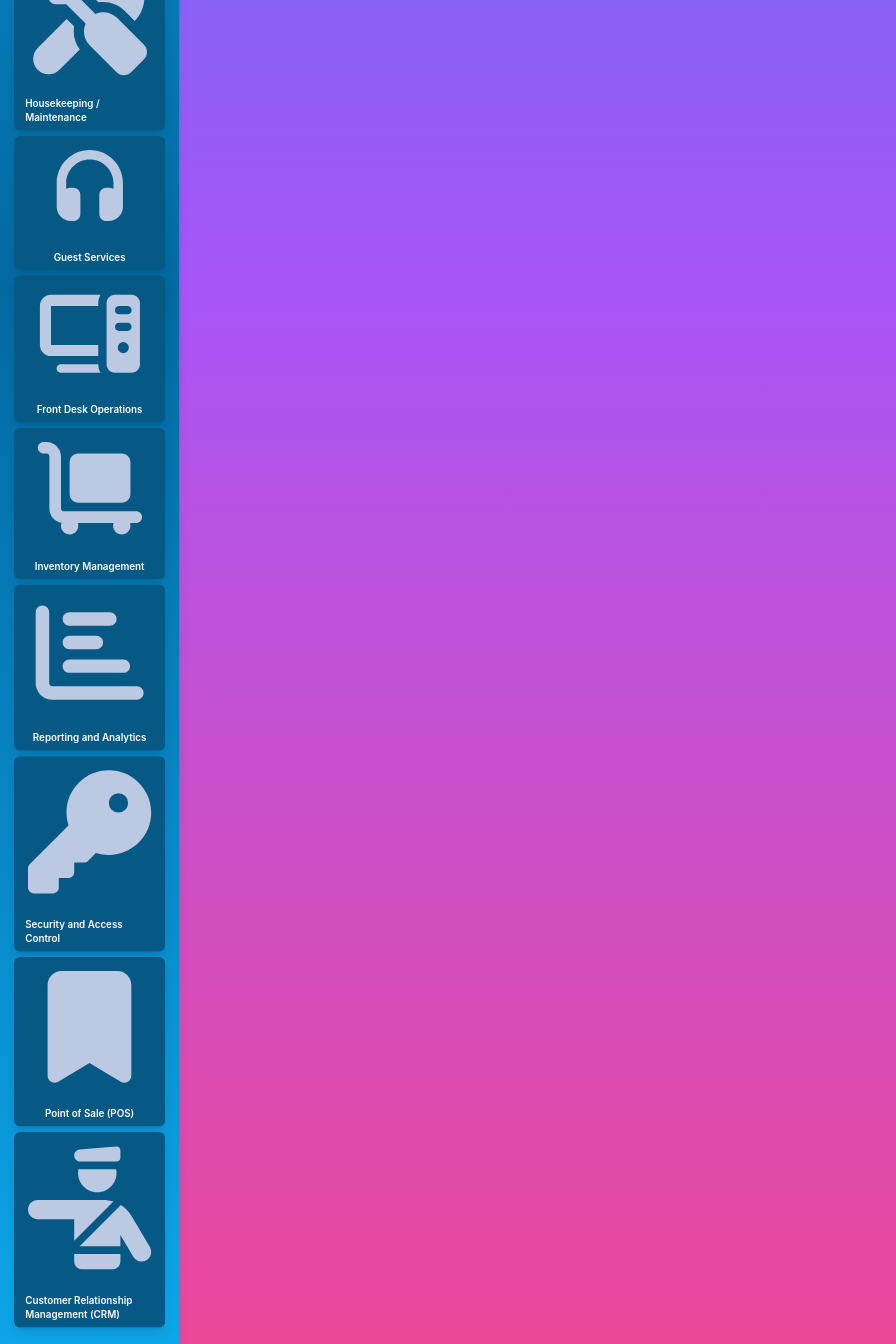
Repository: musabismael/Hotel
Page: /room_management
An editor plug-in stored every save of this project. The page is shown before and after the next save, followed by the edit.
The browser window is 1280 px wide. The pictures show the part of the page from y = 1096 to 3016 px (the page is 3016 px tall), at 70% of full size.
The project was rebuilt for these pictures with package versions that can differ from the ones it lists, and the page was loaded fresh each time. Also part of the build but not shown: vite.config.js, src/App.css, src/pages/ReservationManagement.jsx, src/pages/GuestCheckInOut.jsx, src/pages/BillingPayment.jsx, src/pages/HousekeepingMaintenance.jsx, src/pages/GuestServices.jsx, src/pages/FrontDeskOperations.jsx and 5 more.

Above is the page before, as saved 2023-10-01 19:13:07.

### index.html
<!doctype html>
<html lang="en">
  <head>
    <meta charset="UTF-8" />
    <link rel="icon" type="image/svg+xml" href="/vite.svg" />
    <meta name="viewport" content="width=device-width, initial-scale=1.0" />
    <title>Hotel</title>
  </head>
  <body>
    <div id="root"></div>
    <script type="module" src="/src/main.jsx"></script>
  </body>
</html>

### src/App.jsx
import "./App.css";
import { createBrowserRouter } from "react-router-dom";
import { RouterProvider } from "react-router";
import LandingPageLayout from "./layouts/LandingPageLayout";
import ReservationManagement from "./pages/ReservationManagement";
import GuestCheckInOut from "./pages/GuestCheckInOut";
import RoomManagement from "./pages/RoomManagement";
import BillingPayment from "./pages/BillingPayment";
import HousekeepingMaintenance from "./pages/HousekeepingMaintenance";
import GuestServices from "./pages/GuestServices";
import FrontDeskOperations from "./pages/FrontDeskOperations";
import InventoryManagement from "./pages/InventoryManagement";
import ReportingAnalytics from "./pages/ReportingAnalytics";
import SecurityAccessControl from "./pages/SecurityAccessControl";
import PointOfSale from "./pages/PointOfSale";
import CRM from "./pages/CRM"; // Import the CRM component
const router = createBrowserRouter([
  {
    path: "/",
    element: <LandingPageLayout />,
    children: [
      {
        path: "/reservation_management",
        element: <ReservationManagement />,
      },
      {
        path: "/guestCheckInOut",
        element: <GuestCheckInOut />,
      },
      {
        path: "/billing_and_payment",
        element: <BillingPayment />,
      },
      {
        path: "/room_management",
        element: <RoomManagement />,
      },
      {
        path: "/housekeeping_maintenance",
        element: <HousekeepingMaintenance />,
      },
      {
        path: "/guest_services",
        element: <GuestServices />,
      }, {
        path: "/desk_operations",
        element: <FrontDeskOperations />,
      }, {
        path: "/security_control",
        element: <SecurityAccessControl />,
      },
      {
        path: "/reporting_and_analytics",
        element: <ReportingAnalytics />,
      }, {
        path: "/inventory_management",
        element: <InventoryManagement />,
      },
      {
        path: "/pos",
        element: <PointOfSale />,
      },
      {
        path: "/crm",
        element: <CRM />,
      },
    ],
  },
]);

const App = () => <RouterProvider router={router} />;
export default App;

### src/index.css
@tailwind base;
@tailwind components;
@tailwind utilities;

:root {
  font-family: Inter, system-ui, Avenir, Helvetica, Arial, sans-serif;
  line-height: 1.5;
  font-weight: 400;
  background-image: url("cover.jpeg"), url("cover.jpeg");
  background-color:#397398;

  font-synthesis: none;
  text-rendering: optimizeLegibility;
  -webkit-font-smoothing: antialiased;
  -moz-osx-font-smoothing: grayscale;
  -webkit-text-size-adjust: 100%;
}

### src/layouts/LandingPageLayout.jsx
import { Outlet } from "react-router";
import Header from "../component/Header";
import Sidebar from "../component/Sidebar";
const LandingPageLayout = () => {
  return (
    <div className="flex bg-gradient-to-b from-blue-500 via-purple-500 to-pink-500">
      <Sidebar />

      <div className="flex-1">
        <Header />
        <main className="p-4">
          <Outlet />
        </main>
      </div>
    </div>
  );
};

export default LandingPageLayout;

### src/pages/RoomManagement.jsx
import React, { useState } from 'react';

const RoomManagement = () => {
  const [roomTypes, setRoomTypes] = useState([
    { id: 1, name: 'Standard Room', rate: 100, available: 10 },
    { id: 2, name: 'Deluxe Room', rate: 150, available: 5 },
    { id: 3, name: 'Suite', rate: 250, available: 2 },
  ]);

  const [selectedRoomType, setSelectedRoomType] = useState(null);
  const [newRoomType, setNewRoomType] = useState({ name: '', rate: '', available: '' });
  const [isEditing, setIsEditing] = useState(false);

  const handleRoomTypeClick = (roomType) => {
    setSelectedRoomType(roomType);
    setIsEditing(false);
  };

  const handleAddRoomType = () => {
    // Add a new room type to the list
    setRoomTypes([...roomTypes, newRoomType]);
    // Clear the input fields
    setNewRoomType({ name: '', rate: '', available: '' });
  };

  const handleDeleteRoomType = () => {
    // Remove the selected room type from the list
    if (selectedRoomType) {
      const updatedRoomTypes = roomTypes.filter((room) => room.id !== selectedRoomType.id);
      setRoomTypes(updatedRoomTypes);
      setSelectedRoomType(null);
    }
  };

  const handleEditRoomType = () => {
    setIsEditing(true);
  };

  const handleUpdateRoomType = () => {
    // Update the selected room type with new data
    if (selectedRoomType) {
      const updatedRoomTypes = roomTypes.map((room) =>
        room.id === selectedRoomType.id ? { ...room, ...newRoomType } : room
      );
      setRoomTypes(updatedRoomTypes);
      setSelectedRoomType(null);
      setIsEditing(false);
    }
  };

  return (
    <div className="container mx-auto p-4">
      <div className="my-4 p-4 border rounded-lg">
        <h2 className="text-lg text-white font-semibold mb-4">Room Management</h2>
        <div className="grid grid-cols-2 gap-4">
          <div>
            <h3 className="text-lg text-white font-semibold mb-2">Room Types</h3>
            <ul className="space-y-2">
              {roomTypes.map((roomType) => (
                <li
                  key={roomType.id}
                  className={`cursor-pointer ${
                    selectedRoomType && selectedRoomType.id === roomType.id
                      ? 'bg-blue-200'
                      : 'hover:bg-gray-100'
                  } p-2 rounded-lg`}
                  onClick={() => handleRoomTypeClick(roomType)}
                >
                  <span className="text-gray-800 font-semibold">{roomType.name}</span> -{' '}
                  <span className="text-gray-600">Rate: ${roomType.rate}</span> (
                  <span className="text-gray-600">Available: {roomType.available}</span>)
                </li>
              ))}
            </ul>
          </div>
          <div>
            {selectedRoomType && (
              <>
                <h3 className="text-lg text-white font-semibold mb-2">
                  {isEditing ? 'Edit Room Type' : 'Selected Room Type'}
                </h3>
                <div className="mb-2">
                  <input
                    type="text"
                    placeholder="Room Type Name"
                    className="w-full border rounded-md py-2 px-3"
                    value={isEditing ? newRoomType.name : selectedRoomType.name}
                    onChange={(e) => setNewRoomType({ ...newRoomType, name: e.target.value })}
                    readOnly={!isEditing}
                  />
                </div>
                <div className="mb-2">
                  <input
                    type="number"
                    placeholder="Rate"
                    className="w-full border rounded-md py-2 px-3"
                    value={isEditing ? newRoomType.rate : selectedRoomType.rate}
                    onChange={(e) => setNewRoomType({ ...newRoomType, rate: e.target.value })}
                    readOnly={!isEditing}
                  />
                </div>
                <div className="mb-2">
                  <input
                    type="number"
                    placeholder="Available Rooms"
                    className="w-full border rounded-md py-2 px-3"
                    value={isEditing ? newRoomType.available : selectedRoomType.available}
                    onChange={(e) =>
                      setNewRoomType({ ...newRoomType, available: e.target.value })
                    }
                    readOnly={!isEditing}
                  />
                </div>
                {isEditing ? (
                  <button
                    type="button"
                    className="bg-green-500 text-white py-2 px-4 rounded-md"
                    onClick={handleUpdateRoomType}
                  >
                    Update Room Type
                  </button>
                ) : (
                  <>
                    <button
                      type="button"
                      className="bg-red-500 text-white py-2 px-4 rounded-md"
                      onClick={handleDeleteRoomType}
                    >
                      Delete Room Type
                    </button>
                    <button
                      type="button"
                      className="bg-blue-500 text-white py-2 px-4 rounded-md ml-2"
                      onClick={handleEditRoomType}
                    >
                      Edit Room Type
                    </button>
                  </>
                )}
              </>
            )}
            <h3 className="text-lg text-white font-semibold mt-4 mb-2">Add New Room Type</h3>
            <div className="mb-2">
              <input
                type="text"
                placeholder="Room Type Name"
                className="w-full border rounded-md py-2 px-3"
                value={newRoomType.name}
                onChange={(e) => setNewRoomType({ ...newRoomType, name: e.target.value })}
              />
            </div>
            <div className="mb-2">
              <input
                type="number"
                placeholder="Rate"
                className="w-full border rounded-md py-2 px-3"
                value={newRoomType.rate}
                onChange={(e) => setNewRoomType({ ...newRoomType, rate: e.target.value })}
              />
            </div>
            <div className="mb-2">
              <input
                type="number"
                placeholder="Available Rooms"
                className="w-full border rounded-md py-2 px-3"
                value={newRoomType.available}
                onChange={(e) => setNewRoomType({ ...newRoomType, available: e.target.value })}
              />
            </div>
            <button
              type="button"
              className="bg-green-500 text-white py-2 px-4 rounded-md"
              onClick={handleAddRoomType}
            >
              Add Room Type
            </button>
          </div>
        </div>
      </div>
    </div>
  );
};

export default RoomManagement;

### src/component/Header.jsx
import { FontAwesomeIcon } from "@fortawesome/react-fontawesome";
import { faBars, faBell, faSearch } from "@fortawesome/free-solid-svg-icons";

function Header() {
  return (
    <header className="bg-white shadow-md p-4 flex justify-between items-center sticky top-0 w-full  ">
      <div className="flex items-center">
        <FontAwesomeIcon
          icon={faBars}
          className="text-black mr-4 text-lg color"
        />
        <h1 className="text-2xl font-bold text-black">Hotel</h1>
      </div>
      <div className="flex items-center">
        <FontAwesomeIcon icon={faSearch} className="text-black text-lg mr-4" />
        <FontAwesomeIcon icon={faBell} className="text-black text-lg mr-4" />

        {/* Add other icons or elements on the right side here */}
      </div>
    </header>
  );
}

export default Header;

### src/component/Sidebar.jsx
import Card from "./Card";
import {
  faPersonShelter,
  faListCheck,
  faCheck,
  faMoneyBill,
  faScrewdriverWrench,
  faHeadphones,
  faComputer,
  faCartFlatbed,
  faPersonMilitaryPointing,
  faChartBar,
  faKey,
  faBookmark,
} from "@fortawesome/free-solid-svg-icons";

const Sidebar = () => {
  const cardData = [
    {
      id: 1,
      title: "Reservation Management",
      description:
        "Online booking, availability calendar, and booking modification.",
      icon: faListCheck,
      link: "/reservation_management",
    },
    {
      id: 2,
      title: "Guest Check-In and Check-Out",
      description: "Guest registration, check-out, and key card issuance.",
      icon: faCheck,
      link: "/GuestCheckInOut",
    },
    {
      id: 3,
      title: "Room Management",
      description: "Room assignment, status updates, and inventory tracking.",
      icon: faPersonShelter,
      link: "/room_Management",
    },
    {
      id: 4,
      title: "Billing and Payment",
      description: "Invoicing, payment processing, and split billing.",
      icon: faMoneyBill,
      link: "/billing_and_payment",
    },
    {
      id: 5,
      title: "Housekeeping / Maintenance",
      description:
        "Housekeeping schedule, maintenance requests, and inventory management.",
      icon: faScrewdriverWrench,
      link: "/housekeeping_maintenance",
    },
    {
      id: 6,
      title: "Guest Services",
      description:
        "Concierge services, room service, wake-up calls, and laundry services.",
      icon: faHeadphones,
      link: "/guest_services",
    },
    {
      id: 7,
      title: "Front Desk Operations",
      description: "Guest inquiries, check-in/out, and guest profile access.",
      icon: faComputer,
      link: "/desk_operations",
    },
    {
      id: 8,
      title: "Inventory Management",
      description: "Managing hotel supplies and amenities.",
      icon: faCartFlatbed,
      link: "/inventory_management",
    },
    {
      id: 9,
      title: "Reporting and Analytics",
      description: "Generate reports on occupancy, revenue, and key metrics.",
      icon: faChartBar,
      link: "/reporting_and_analytics",
    },

    {
      id: 10,
      title: "Security and Access Control",
      description: "Surveillance camera integration and access control.",
      icon: faKey,
      link: "/security_control",
    },
    {
      id: 11,
      title: "Point of Sale (POS)",
      description:
        "Integration with on-site restaurants, bars, and gift shops.",
      icon: faBookmark,
      link: "/pos",
    },

    {
      id: 12,
      title: "Customer Relationship Management (CRM)",
      description: "Guest profiles, preferences, and loyalty programs.",
      icon: faPersonMilitaryPointing,
      link: "/crm",
    },

    // Add more service/feature objects here
  ];

  const handleCardClick = (id) => {
    console.log(`Card with ID ${id} clicked`);
  };
  return (
    <aside className="p-4 w-1/5 min-h-screen overflow-y-auto bg-gradient-to-b from-sky-500 via-sky-700 to-sky-500 shadow-lg">
      <nav>
        {cardData.map((card) => (
          <Card
            key={card.id}
            link={card.link}
            icon={card.icon}
            title={card.title}
            onClick={() => handleCardClick(card.id)}
          />
        ))}
      </nav>
    </aside>
  );
};

export default Sidebar;

### src/component/Card.jsx
import { Link } from "react-router-dom";
import { FontAwesomeIcon } from "@fortawesome/react-fontawesome";
function Card({ link, icon, title, onClick }) {
  return (
    <div
      className="max-w-sm  mx-1 my-2 cursor-pointer shadow-lg rounded-lg overflow-hidden hover:shadow-xl transition duration-300 transform hover:scale-105"
      onClick={onClick}
    >
      <div className="bg-sky-800 rounded-lg overflow-hidden shadow-lg flex flex-col items-center justify-center">
        <Link to={link} className="text-blue-600 hover:text-blue-800">
          <FontAwesomeIcon
            icon={icon}
            size="2xs"
            className=" w-auto p-5 h-auto object-cover"
            style={{ color: "#bbc9e2" }}
          />

          <div className="px-4 py-2 items-center">
            <h3 className=" text-white text-sm  flex flex-col text-ellipsis items-center font-semibold">
              {title}
            </h3>
            {/* Add more content or description here if needed */}
          </div>
        </Link>
      </div>
    </div>
  );
}

export default Card;

### tailwind.config.js
/** @type {import('tailwindcss').Config} */
export default {
  content: [
    "./index.html",
    "./src/**/*.{js,ts,jsx,tsx}",
  ],
  theme: {
    extend: {
      fontFamily: {
        'custom': ['CustomFont', 'sans'],
      },
      textColor: {
        'custom': '#333333', // Custom text color
      },
    },
  },
  plugins: [],
}

Loaded but not shown: src/main.jsx (common file)

After the next save:
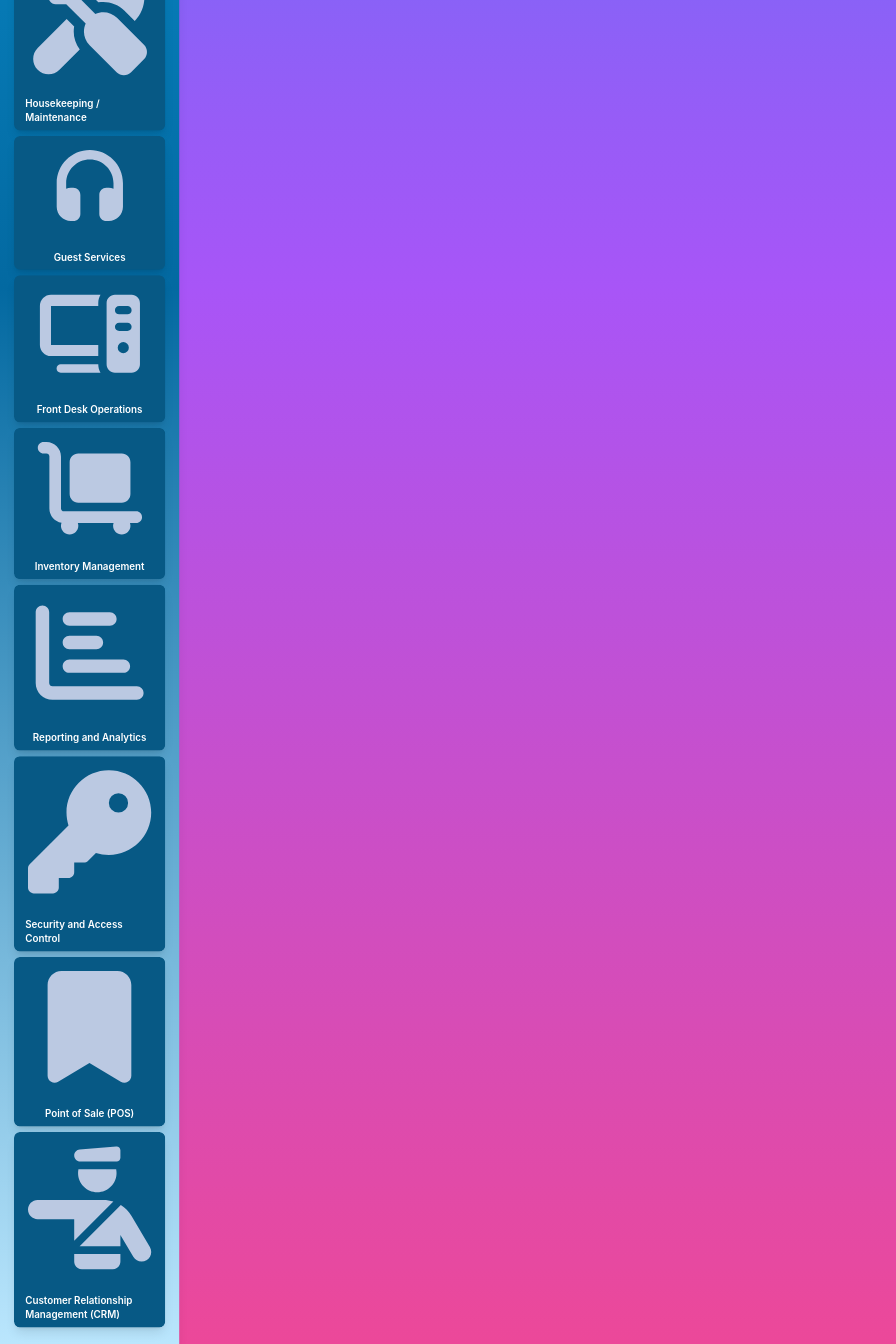
Saved 6 s later.
--- a/src/component/Sidebar.jsx
+++ b/src/component/Sidebar.jsx
@@ -114,7 +114,7 @@ const Sidebar = () => {
     console.log(`Card with ID ${id} clicked`);
   };
   return (
-    <aside className="p-4 w-1/5 min-h-screen overflow-y-auto bg-gradient-to-b from-sky-500 via-sky-700 to-sky-500 shadow-lg">
+    <aside className="p-4 w-1/5 min-h-screen overflow-y-auto bg-gradient-to-b from-sky-500 via-sky-700 to-sky-200 shadow-lg">
       <nav>
         {cardData.map((card) => (
           <Card
